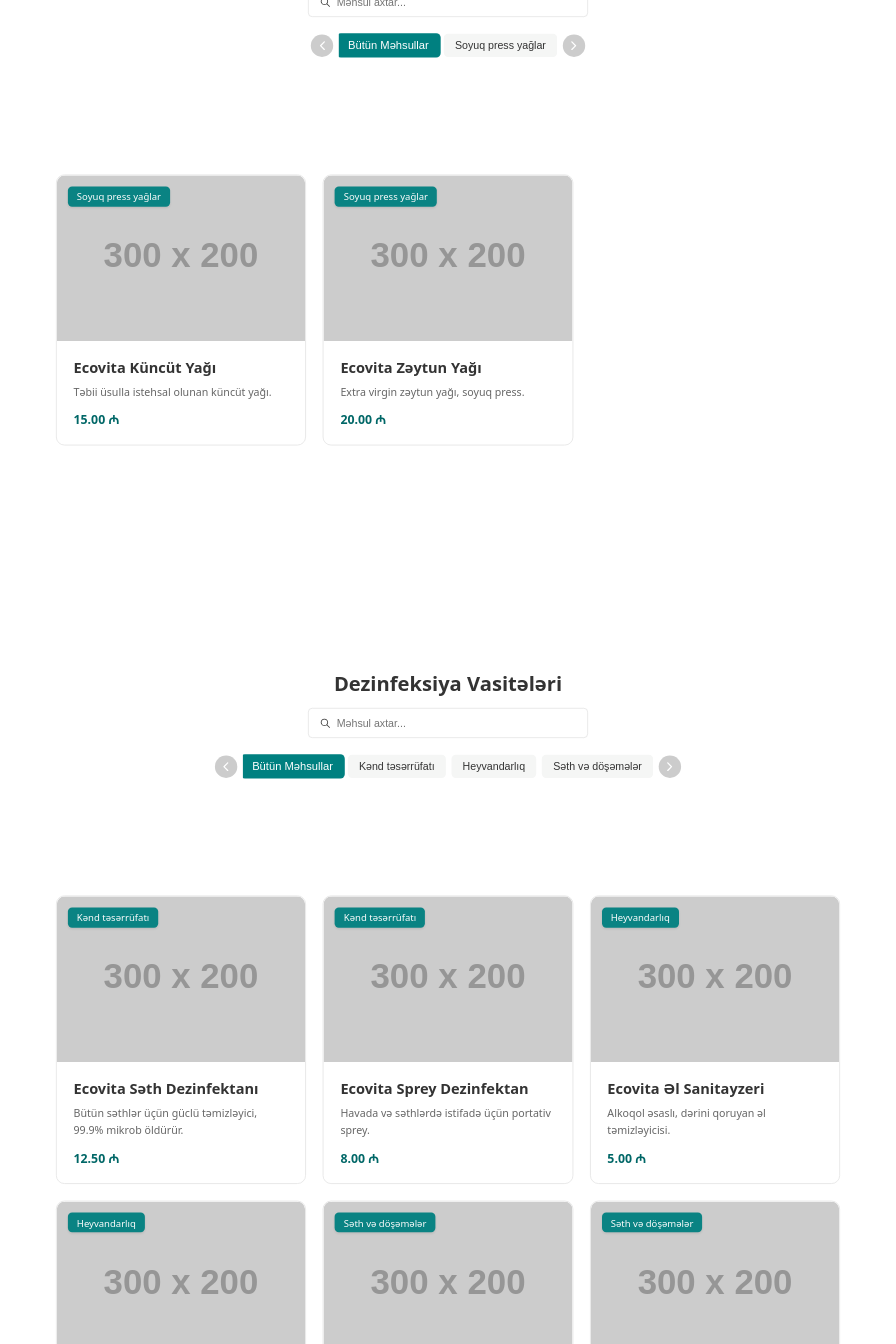
Repository: ferhadsultan98/ecovita
Page: /
The author's editor kept a copy of each file at every save. The page is drawn from the files as they stood at one save, then again after the next save.
The browser window is 1280 px wide. The pictures show the part of the page from y = 1705 to 3625 px (the page is 4561 px tall before and 4689 px after), at 70% of full size.
The project was rebuilt for these pictures with package versions that can differ from the ones it lists, and the page was loaded fresh each time. Also part of the build but not shown: vite.config.js.

Above is the page before, as saved 2025-05-02 16:29:28.

### index.html
<!doctype html>
<html lang="en">
  <head>
    <meta charset="UTF-8" />
    <meta name="viewport" content="width=device-width, initial-scale=1.0" />
    <link rel="shortcut icon" href="./public/assets/Fotolar/Ecovita-12.png" type="image/x-icon">
    <title>Ecovita - Menu</title>
  </head>
  <body>
    <div id="root"></div>
    <script type="module" src="/src/main.jsx"></script>
  </body>
</html>

### src/App.jsx
import React from "react";
import "./App.scss";
import MainLayout from "./Components/Common/MainLayout";
import Home from "./Pages/Home/Home";
import MenuSection from "./Pages/MenuSection/MenuSection";

function App() {
  return (
    <div className="app-container">
      <MainLayout>
        <Home />
        <MenuSection />
      </MainLayout>
    </div>
  );
}

export default App;

### src/App.scss
* {
  margin: 0;
  padding: 0;
  box-sizing: border-box;
}

body {
  font-family: system-ui, -apple-system, BlinkMacSystemFont, "Segoe UI", Roboto,
    Oxygen, Ubuntu, Cantarell, "Open Sans", "Helvetica Neue", sans-serif;
}

### src/Components/Common/MainLayout.jsx
import React from 'react';
import Header from './Header/Header';
import Footer from './Footer/Footer';

const MainLayout = ({ children }) => {
  return (
    <>
      <Header />
      {children}
      <Footer />
    </>
  );
};

export default MainLayout;

### src/Components/Common/Header/Header.jsx
import { useState, useEffect, useRef } from "react";
import "./Header.scss";
import { motion, AnimatePresence } from "framer-motion";
import { FaSyringe, FaChevronDown } from "react-icons/fa";
import EcovitaLogo from '../../../../public/assets/Fotolar/logo.png';

const Header = () => {
  const [scrolled, setScrolled] = useState(false);
  const [isDropdownOpen, setIsDropdownOpen] = useState(false);
  const dropdownRef = useRef(null);

  useEffect(() => {
    const handleScroll = () => {
      setScrolled(window.scrollY > 20);
    };

    window.addEventListener("scroll", handleScroll);
    return () => window.removeEventListener("scroll", handleScroll);
  }, []);

  useEffect(() => {
    const handleClickOutside = (event) => {
      if (dropdownRef.current && !dropdownRef.current.contains(event.target)) {
        setIsDropdownOpen(false);
      }
    };

    document.addEventListener("mousedown", handleClickOutside);
    return () => document.removeEventListener("mousedown", handleClickOutside);
  }, []);

  const scrollToTop = () => {
    window.scrollTo({ top: 0, behavior: "smooth" });
  };

  const scrollToSection = (sectionId) => {
    const section = document.getElementById(sectionId);
    if (section) {
      section.scrollIntoView({ behavior: "smooth", block: "start" });
      setIsDropdownOpen(false);
    }
  };

  const dropdownVariants = {
    hidden: { opacity: 0, y: -10, scale: 0.95 },
    visible: { opacity: 1, y: 0, scale: 1 },
    exit: { opacity: 0, y: -10, scale: 0.95 }
  };

  return (
    <header className={`header ${scrolled ? "scrolled" : ""}`}>
      <div className="header-container">
        <a onClick={scrollToTop} className="logo">
          <img src={EcovitaLogo} alt="Ecovita_logo" />
        </a>
        <div className="products-dropdown" ref={dropdownRef}>
          <button
            className="products-button"
            onMouseEnter={() => setIsDropdownOpen(true)}
            onClick={() => setIsDropdownOpen(!isDropdownOpen)}
          >
            Məhsullar
            <span className="products-icon">
              <FaSyringe />
            </span>
            <FaChevronDown className={`chevron-icon ${isDropdownOpen ? "open" : ""}`} />
          </button>
          <AnimatePresence>
            {isDropdownOpen && (
              <motion.ul
                className="dropdown-menu"
                variants={dropdownVariants}
                initial="hidden"
                animate="visible"
                exit="exit"
                transition={{ duration: 0.2, ease: "easeInOut" }}
                onMouseLeave={() => setIsDropdownOpen(false)}
              >
                <li onClick={() => scrollToSection("cold-pressed-oils")}>
                  Soyuq press yağlar
                </li>
                <li onClick={() => scrollToSection("disinfectants")}>
                  Dezinfeksiya vasitələri
                </li>
              </motion.ul>
            )}
          </AnimatePresence>
        </div>
      </div>
    </header>
  );
};

export default Header;

### src/Pages/MenuSection/MenuSection.scss
$primary-color: #008080; // Teal for health and cleanliness
$secondary-color: #ffffff;
$accent-color: #f5f6f5; // Light gray for clean aesthetic
$text-color: #333333;
$border-color: #e0e0e0;

.menu-section {
  padding: 5rem 0;
  background: $secondary-color;

  .menu-navbar-wrapper {
    background: $secondary-color;
    transition: all 0.4s ease-in-out;

    &.sticky {
      position: fixed;
      top: 100px;
      left: 0;
      width: 100%;
      z-index: 2;
      background: rgba($secondary-color, 0.95);
      backdrop-filter: blur(8px);
      box-shadow: 0 2px 6px rgba(0, 0, 0, 0.1);
      padding: 0.5rem 0;
    }

    .container {
      max-width: 1200px;
      margin: 0 auto;
      padding: 0 1.5rem;
    }

    .error-message {
      display: flex;
      align-items: center;
      justify-content: center;
      gap: 0.5rem;
      color: #d32f2f;
      background: #ffebee;
      padding: 0.75rem;
      border-radius: 8px;
      margin-bottom: 1rem;
      text-align: center;
      font-size: 0.95rem;
    }

    .menu-navbar-content {
      display: flex;
      flex-direction: column;
      gap: 1rem;

      .section-title {
        text-align: center;
        font-size: 1.8rem;
        font-weight: 700;
        color: $text-color;
      }
    }

    .menu-search {
      display: flex;
      justify-content: center;

      .search-input-wrapper {
        position: relative;
        width: 100%;
        max-width: 400px;

        .search-icon {
          position: absolute;
          top: 50%;
          left: 1rem;
          transform: translateY(-50%);
          color: $text-color;
          font-size: 1.1rem;
        }

        .search-input {
          width: 100%;
          padding: 0.75rem 1rem 0.75rem 2.5rem;
          border: 1px solid $border-color;
          border-radius: 6px;
          font-size: 0.95rem;
          outline: none;
          transition: border-color 0.3s ease, box-shadow 0.3s ease;

          &:focus {
            border-color: $primary-color;
            box-shadow: 0 0 0 3px rgba($primary-color, 0.1);
          }
        }

        .clear-search-button {
          position: absolute;
          top: 50%;
          right: 1rem;
          transform: translateY(-50%);
          background: none;
          border: none;
          color: $text-color;
          font-size: 0.9rem;
          cursor: pointer;
          padding: 0;
          transition: color 0.3s ease;

          &:hover {
            color: $primary-color;
          }
        }
      }
    }

    .menu-filter {
      display: flex;
      justify-content: center;

      .menu-filter-container {
        display: flex;
        align-items: center;
        justify-content: center;
        gap: 0.5rem;
        width: 100%;
        position: relative;

        .scroll-button {
          background: $primary-color;
          color: $secondary-color;
          border: none;
          padding: 0.4rem;
          border-radius: 50%;
          width: 32px;
          height: 32px;
          display: flex;
          align-items: center;
          justify-content: center;
          cursor: pointer;
          transition: background 0.3s ease;

          &:hover:not(.scroll-button-disabled) {
            background: darken($primary-color, 10%);
          }

          &.scroll-button-disabled {
            background: #ccc;
            cursor: not-allowed;
          }
        }

        .menu-filter-list {
          display: flex;
          gap: 0.5rem;
          overflow-x: auto;
          scroll-behavior: smooth;
          padding: 0.5rem 0;
          -ms-overflow-style: none;
          scrollbar-width: none;

          &::-webkit-scrollbar {
            display: none;
          }

          .menu-filter-item {
            flex: 0 0 auto;
          }

          .menu-filter-button {
            background: $accent-color;
            color: $text-color;
            border: none;
            padding: 0.5rem 1rem;
            border-radius: 6px;
            font-size: 0.95rem;
            font-weight: 500;
            cursor: pointer;
            transition: all 0.3s ease;
            white-space: nowrap;

            &.menu-filter-button-active {
              background: $primary-color;
              color: $secondary-color;
              transform: scale(1.05);
            }

            &:hover {
              background: darken($accent-color, 10%);
            }

            &.menu-filter-button-active:hover {
              background: darken($primary-color, 10%);
            }
          }
        }
      }
    }
  }

  .menu-content {
    padding: 10rem 5rem;

    .menu-grid {
      display: grid;
      grid-template-columns: repeat(auto-fill, minmax(300px, 1fr));
      gap: 1.5rem;
      align-items: stretch;

      .menu-item {
        display: flex;
        flex-direction: column;
        height: 100%;

        .menu-item-card {
          display: flex;
          flex-direction: column;
          background: $secondary-color;
          border: 1px solid $border-color;
          border-radius: 12px;
          overflow: hidden;
          transition: transform 0.3s ease, box-shadow 0.3s ease;
          height: 100%;

          &:hover {
            transform: translateY(-8px);
            box-shadow: 0 6px 16px rgba(0, 0, 0, 0.15);
          }

          .menu-item-image {
            position: relative;
            width: 100%;
            padding-top: 66.67%; // 3:2 aspect ratio

            img {
              position: absolute;
              top: 0;
              left: 0;
              width: 100%;
              height: 100%;
              object-fit: cover;
              border-radius: 12px 12px 0 0;
            }

            .menu-item-category-badge {
              position: absolute;
              top: 1rem;
              left: 1rem;
              background: $primary-color;
              color: $secondary-color;
              padding: 0.3rem 0.8rem;
              border-radius: 6px;
              font-size: 0.85rem;
              font-weight: 500;
              box-shadow: 0 2px 4px rgba(0, 0, 0, 0.1);
              opacity: 0.95;
            }
          }

          .menu-item-content {
            flex: 1;
            padding: 1.5rem;

            .menu-item-title {
              font-size: 1.3rem;
              font-weight: 700;
              color: $text-color;
              margin-bottom: 0.5rem;
            }

            .menu-item-description {
              font-size: 0.95rem;
              color: lighten($text-color, 20%);
              line-height: 1.6;
              margin-bottom: 1rem;
            }

            .menu-item-footer {
              display: flex;
              justify-content: space-between;
              align-items: center;

              .menu-item-price {
                font-size: 1.1rem;
                font-weight: 700;
                color: darken($primary-color, 5%);
              }

              .favorite-button {
                background: none;
                border: none;
                color: $text-color;
                font-size: 1rem;
                cursor: pointer;
                transition: color 0.3s ease;

                &:hover {
                  color: $primary-color;
                }
              }
            }
          }
        }
      }
    }

    .no-results-found {
      text-align: center;
      padding: 2rem;

      h3 {
        font-size: 1.5rem;
        color: $text-color;
        margin-bottom: 1rem;
      }

      p {
        font-size: 1rem;
        color: lighten($text-color, 20%);
        margin-bottom: 1.5rem;
      }

      .reset-filter-button {
        background: transparent;
        border: 2px solid $primary-color;
        color: $primary-color;
        padding: 0.75rem 1.5rem;
        border-radius: 6px;
        font-size: 0.95rem;
        cursor: pointer;
        transition: all 0.3s ease;

        &:hover {
          background: $primary-color;
          color: $secondary-color;
        }
      }
    }

    .menu-load-more {
      text-align: center;
      margin-top: 2rem;

      .load-more-button {
        background: transparent;
        border: 2px solid $primary-color;
        color: $primary-color;
        padding: 0.75rem 2rem;
        border-radius: 6px;
        font-size: 1rem;
        font-weight: 500;
        cursor: pointer;
        transition: all 0.3s ease;

        &:hover {
          background: $primary-color;
          color: $secondary-color;
        }
      }
    }
  }

  // Responsive design
  @media (max-width: 1024px) {
    .menu-content {
      padding: 3rem;

      .menu-grid {
        grid-template-columns: repeat(auto-fill, minmax(250px, 1fr));
      }
    }
  }

  @media (max-width: 768px) {
    padding: 3rem 0;

    .menu-navbar-wrapper {
      &.sticky {
        padding: 0.25rem 0;
        top: 50px;
      }

      .menu-search {
        .search-input-wrapper {
          max-width: 90%;
          margin: 0 auto;

          .search-input {
            padding: 0.6rem 1rem 0.6rem 2.5rem;
            font-size: 0.9rem;
          }

          .search-icon {
            font-size: 1rem;
          }
        }
      }

      .menu-filter {
        .menu-filter-container {
          .scroll-button {
            padding: 0.3rem;
            width: 28px;
            height: 28px;
          }

          .menu-filter-list {
            .menu-filter-button {
              padding: 0.35rem 0.7rem;
              font-size: 0.8rem;
            }
          }
        }
      }
    }

    .menu-content {
      padding: 7rem 1rem;

      .menu-grid {
        grid-template-columns: 1fr;

        .menu-item {
          .menu-item-card {
            .menu-item-content {
              padding: 0.8rem;

              .menu-item-title {
                font-size: 1rem;
              }

              .menu-item-description {
                font-size: 0.8rem;
              }

              .menu-item-price {
                font-size: 0.9rem;
              }
            }
          }
        }
      }

      .no-results-found {
        h3 {
          font-size: 1.3rem;
        }

        p {
          font-size: 0.9rem;
        }

        .reset-filter-button {
          padding: 0.6rem 1.2rem;
          font-size: 0.85rem;
        }
      }

      .menu-load-more {
        .load-more-button {
          padding: 0.6rem 1.5rem;
          font-size: 0.9rem;
        }
      }
    }
  }

  @media (max-width: 480px) {
    .menu-navbar-wrapper {
      &.sticky {
        top: 150px;
      }

      .menu-search {
        .search-input-wrapper {
          .search-input {
            padding: 0.5rem 1rem 0.5rem 2rem;
          }

          .search-icon {
            font-size: 0.9rem;
          }
        }
      }

      .menu-filter {
        .menu-filter-container {
          .scroll-button {
            padding: 0.2rem;
            width: 24px;
            height: 24px;
          }

          .menu-filter-list {
            gap: 0.3rem;

            .menu-filter-button {
              padding: 0.3rem 0.6rem;
              font-size: 0.75rem;
            }
          }
        }
      }
    }
  }
}

### src/Components/Common/Header/Header.scss
$primary-color: #008080; // Teal for health and cleanliness
$secondary-color: #ffffff;
$accent-color: #f5f6f5; // Light gray for clean aesthetic
$text-color: #333333;
$scroll-bg: #ffffff;

.header {
  position: fixed;
  top: 0;
  left: 0;
  width: 100%;
  background: transparent;
  transition: all 0.3s ease;
  z-index: 1000;
  padding: 1rem 0;

  &.scrolled {
    background: $scroll-bg;
    padding: 0.8rem 0;
  }

  .header-container {
    max-width: 1200px;
    margin: 0 auto;
    display: flex;
    align-items: center;

    justify-content: space-between;
    gap: 1rem;
  }

  .logo {
    display: flex;
    align-items: center;
    cursor: pointer;
    text-decoration: none;
    max-height: 80px;

    img {
      height: 100%;
    }
  }

  .products-dropdown {
    position: relative;

    .products-button {
      display: flex;
      align-items: center;
      gap: 0.5rem;
      background: $primary-color;
      color: $secondary-color;
      border: none;
      padding: 0.5rem 1rem;
      border-radius: 5px;
      font-size: 1rem;
      font-weight: 500;
      cursor: pointer;
      transition: background 0.3s ease;

      &:hover {
        background: darken($primary-color, 10%);
      }

      .products-icon {
        font-size: 1.2rem;
      }

      .chevron-icon {
        font-size: 0.8rem;
        transition: transform 0.2s ease;

        &.open {
          transform: rotate(180deg);
        }
      }
    }

    .dropdown-menu {
      position: absolute;
      top: 100%;
      right: 0;
      background: $secondary-color;
      border: 1px solid $accent-color;
      border-radius: 5px;
      margin-top: 0.5rem;
      min-width: 200px;
      box-shadow: 0 4px 8px rgba(0, 0, 0, 0.1);
      list-style: none;
      padding: 0;
      z-index: 1000;

      li {
        padding: 0.75rem 1rem;
        cursor: pointer;
        color: $text-color;
        font-size: 0.9rem;
        transition: background 0.2s ease;

        &:hover {
          background: $accent-color;
        }
      }
    }
  }

  // Responsive design
  @media (max-width: 768px) {
    padding: 1rem 0;

    &.scrolled {
      padding: 0.75rem 0;
    }

    .header-container {
      padding: 0 1rem;
    }

    .products-button {
      font-size: 14px !important;
      padding: 5px !important;

      .products-icon {
        font-size: 12px !important;
      }

      .chevron-icon {
        font-size: 0.7rem;
      }
    }

    .dropdown-menu {
      min-width: 160px;

      li {
        font-size: 0.8rem;
        padding: 0.5rem 0.75rem;
      }
    }
  }

  @media (max-width: 480px) {
    .logo {
      img {
        width: 120px;
      }
    }

    .header-container {
      align-items: center;
      gap: 0.5rem;
    }

    .products-button {
      font-size: 0.8rem;
      padding: 5px;

      .products-icon {
        font-size: 12px;
      }

      .chevron-icon {
        font-size: 0.6rem;
      }
    }

    .dropdown-menu {
      min-width: 140px;
      margin-top: 0.3rem;

      li {
        font-size: 0.75rem;
        padding: 0.4rem 0.6rem;
      }
    }
  }
}

Loaded but not shown: src/main.jsx (common file); src/Pages/MenuSection/MenuSection.jsx (527 lines, source omitted); src/Pages/Home/Home.scss (380 lines, source omitted); src/Pages/Home/Home.jsx (189 lines, source omitted); src/Components/Common/Footer/Footer.scss (300 lines, source omitted); src/Components/Common/Footer/Footer.jsx (142 lines, source omitted); src/index.css (no stored copy; drawn as an empty file)

After the next save:
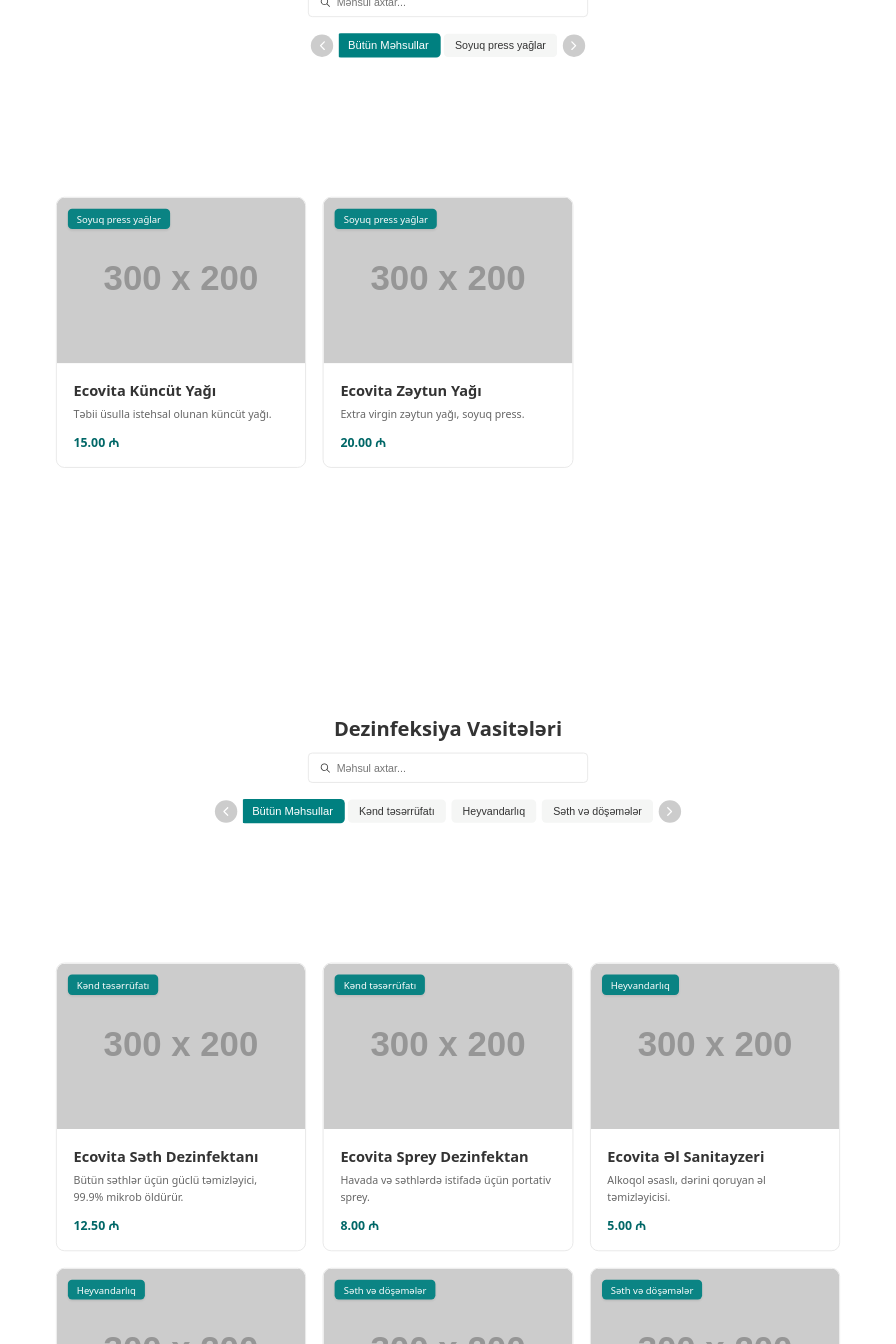
Saved 21 min 4 s later.
--- a/src/Pages/MenuSection/MenuSection.scss
+++ b/src/Pages/MenuSection/MenuSection.scss
@@ -195,7 +195,7 @@
   }
 
   .menu-content {
-    padding: 10rem 5rem;
+    padding: 12rem 5rem;
 
     .menu-grid {
       display: grid;
